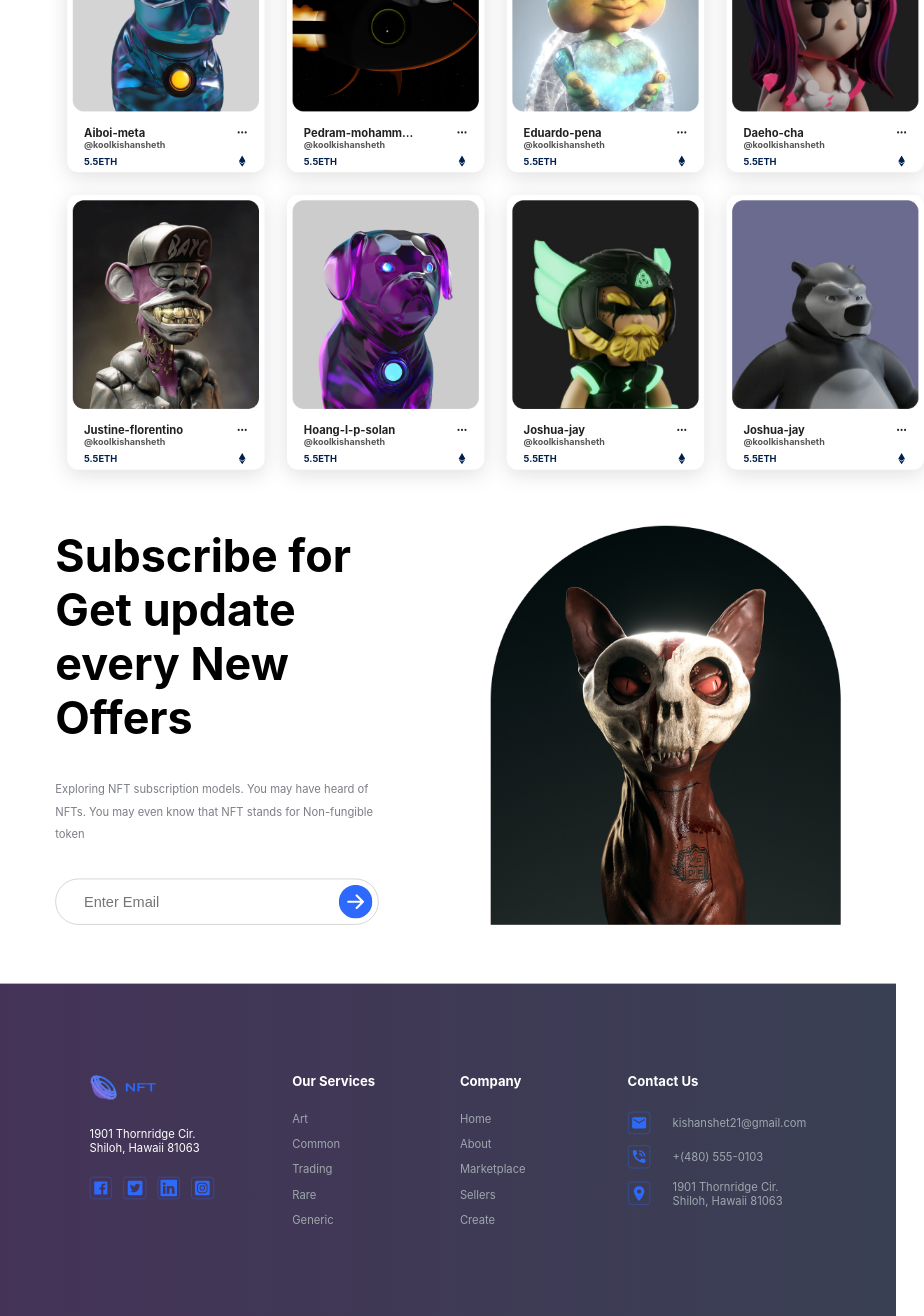
Repository: Ellisvelandia/NFT
Page: /
The author's editor kept a copy of each file at every save. The page is drawn from the files as they stood at one save, then again after a run of saves.
The browser window is 1280 px wide. The page is 1320 px wide, so the pictures cover 1320 px, including what lies to the right of the window. The pictures show the part of the page from y = 3373 to 5253 px (the page is 5253 px tall), at 70% of full size.
The project was rebuilt for these pictures with package versions that can differ from the ones it lists, and the page was loaded fresh each time.

Above is the page before, as saved 2022-08-21 16:19:12.

### src/index.css
* {
  margin: 0;
  padding: 0;
  box-sizing: border-box;
}

body {
  margin: 0;
  font-family: -apple-system, BlinkMacSystemFont, "Segoe UI", "Roboto", "Oxygen",
    "Ubuntu", "Cantarell", "Fira Sans", "Droid Sans", "Helvetica Neue",
    sans-serif;
  -webkit-font-smoothing: antialiased;
  -moz-osx-font-smoothing: grayscale;
}

html {
  scroll-behavior: smooth;
}

### src/App.js
import React from "react";
import Home from "./components/Home";
import Clients from "./components/Clients";
import CreateAndSell from "./components/CreateAndSell";
import Choose from "./components/Choose";
import MarketPlace from "./components/MarketPlace";
import Subscribe from "./components/Subscribe";
import Footer from "./components/Footer"

export default function App() {
  return (
    <div>
      <Home />
      <Clients />
      <CreateAndSell />
      <Choose />
      <MarketPlace />
      <Subscribe />
      <Footer/>
    </div>
  );
}

### src/components/Home.jsx
import React from "react";
import Navbar from "./Navbar";
import styled from "styled-components";
import hero from "../assets/hero.png";
import heroText from "../assets/heroText.png";
import Button from "./Button";

export default function Home() {
  return (
    <Section>
      <Navbar />
      <div className="ellipse"></div>
      <div className="container">
        <div className="content">
          <h1>
            Explore Our
            <span>
              <img src={heroText} alt="hero text" />
            </span>
            Hero Text Digital NFT Market Place
          </h1>
          <p>
            As the name implies, the NFT collection is basically a unique
            collection of NFTs. The concept of an NFT collection or project
            overshadows the value propositions of NFT artwork. For example, NFT
            artworks are generally created on a smaller scale with the
            involvement of concerned content creators or digital artists
          </p>
          <div className="buttons">
            <Button blue text="Explore Now" />
            <Button text="Create NFT" />
          </div>
          <div className="data">
            <div className="dataTab">
              <h2>40K</h2>
              <h5>Artwork</h5>
            </div>
            <div className="dataTab">
              <h2>15K</h2>
              <h5>Auction</h5>
            </div>
            <div className="dataTab">
              <h2>20K</h2>
              <h5>Artist</h5>
            </div>
          </div>
        </div>
        <div className="image">
          <img src={hero} alt="hero" />
        </div>
      </div>
    </Section>
  );
}

const Section = styled.section`
  margin: 0.5rem;
  background-color: #232835;
  border-radius: 1rem;
  position: relative;
  overflow: hidden;
  margin-bottom: 5rem;
  .ellipse {
    height: 30rem;
    width: 30rem;
    background-color: #ae54c27d;
    opacity: 0.5;
    border-radius: 100%;
    filter: blur(200px);
    position: absolute;
    bottom: -30%;
    left: -10%;
    z-index: 1;
  }
  .container {
    padding: 2rem;
    marign: 0 2rem;
    display: flex;
    .content {
      z-index: 10;
      display: flex;
      flex-direction: column;
      gap: 2rem;
      margin-top: 5rem;
      padding-right: 2rem;
      h1 {
        color: white;
        font-size: 5rem;
      }
      p {
        color: #a6a6a6;
      }
      .buttons {
        display: flex;
        gap: 2rem;
      }
      .data {
        display: flex;
        gap: 5rem;
        .dataTab {
          display: flex;
          flex-direction: column;
          gap: 1rem;
          h2 {
            color: white;
            font-size: 2rem;
          }
          h5 {
            text-align: center;
            color: a6a6a6;
          }
        }
      }
    }
    .image {
      img {
        height: 40rem;
      }
    }
  }
`;

### src/components/Clients.jsx
import React from "react";
import styled from "styled-components";
import client1 from "../assets/client1.png";
import client2 from "../assets/client2.png";
import client3 from "../assets/client3.png";
import client4 from "../assets/client4.png";
import client5 from "../assets/client5.png";

export default function Clients() {
  const clients = [client1, client2, client3, client4, client5];
  return (
    <Section>
      {" "}
      {clients.map((client, index) => {
        return (
          <div className="client" key={index}>
            <img src={client} alt="client" />
          </div>
        );
      })}
    </Section>
  );
}

const Section = styled.section`
  display: flex;
  justify-content: space-evenly;
  align-items: center;
  margin: 0 2rem;
  margin-bottom: 5rem;
`;

### src/components/CreateAndSell.jsx
import React from "react";
import styled from "styled-components";
import sell1 from "../assets/sell1.png";
import sell2 from "../assets/sell2.png";
import sell3 from "../assets/sell3.png";
import Button from "./Button";

export default function CreateAndSell() {
  const data = [
    {
      image: sell1,
      title: "Create your collection",
      description:
        "Lorem Ipsum is simply dummy text of the printing and typesetting industry. Lorem Ipsum has been.",
      buttonText: "Create",
    },
    {
      image: sell2,
      title: "Add your NFTs",
      description:
        "Lorem Ipsum is simply dummy text of the printing and typesetting industry. Lorem Ipsum has been.",
      buttonText: "Add NFT",
    },
    {
      image: sell3,
      title: "List them for sale",
      description:
        "Lorem Ipsum is simply dummy text of the printing and typesetting industry. Lorem Ipsum has been.",
      buttonText: "Sell Now",
    },
  ];
  return (
    <Section>
      <div className="title">
        <h2>Create and Sell Your NFTs</h2>
      </div>
      <div className="container">
        <div className="ellipse"></div>
        <div className="content">
          {data.map(({ image, title, description, buttonText }, index) => {
            return (
              <div className="createAndSell" key={index}>
                <div className="image">
                  <img src={image} alt="create and sell" />
                </div>
                <h3>{title}</h3>
                <p>{description}</p>

                <Button text={buttonText} blue={index === 1} />
              </div>
            );
          })}
        </div>
      </div>
    </Section>
  );
}

const Section = styled.section`
  margin: 0 6rem;
  margin-bottom: 5rem;
  .title {
    text-align: center;
    h2 {
      font-size: 3rem;
      margin-bottom: 4rem;
    }
  }
  .container {
    background-color: #232835;
    padding: 5rem;
    border-radius: 1rem;
    position: relative;
    overflow: hidden;
    .ellipse {
      height: 30rem;
      width: 30rem;
      background-color: #ae54c27d;
      border-radius: 100%;
      filter: blur(2000px);
      opacity: 0.5;
      position: absolute;
      bottom: -30%;
      left: -10%;
      z-index: 1;
    }
    .content {
      display: flex;
      gap: 3rem;
      .createAndSell {
        background-color: #ffffff34;
        z-index: 10;
        padding: 2rem;
        display: flex;
        flex-direction: column;
        gap: 1rem;
        border-radius: 1rem;
        .image {
          background-color: #2d69fd;
          display: flex;
          justify-content: center;
          align-items: center;
          padding: 1rem;
          width: max-content;
          border-radius: 2rem;
          img {
            height: 2rem;
          }
        }
        h3 {
          color: white;
        }
        p {
          color: #c8c4cf;
          margin-bottom: 1rem;
        }
        button {
        }
      }
    }
  }
  @media screen and (min-width: 280px) and (max-width: 1080px) {
    margin: 2rem;
    .title {
      h2 {
        font-size: 2rem;
      }
    }
    .container {
      padding: 1rem;
      .content {
        flex-direction: column;
        gap: 1rem;
      }
    }
  }
`;

### src/components/Choose.jsx
import React from "react";
import styled from "styled-components";
import choose from "../assets/choose.png";
import Button from "./Button";
export default function Choose() {
  return (
    <Section>
      <div className="image">
        <img src={choose} alt="choose" />
      </div>
      <div className="content">
        <h2>Why should you Choose Our Website ?</h2>
        <p>
          Some people invest in them because they believe that they'll hold
          value in the future, offering what they consider a safe investment
          option. Others invest in NFTs to secure digital ownership of physical
          assets and collectibles, as well as access to exclusive perks, since
          they are difficult to forge or steal.
        </p>
        <Button text="Read More" blue />
      </div>
    </Section>
  );
}

const Section = styled.section`
  display: flex;
  justify-content: center;
  align-content: center;
  margin: 0 9rem;
  gap: 3rem;
  margin-bottom: 5rem;
  .image {
  }
  .content {
    display: flex;
    justify-content: center;
    flex-direction: column;
    gap: 3rem;
    h2 {
      font-size: 4rem;
    }
    p {
      color: #7b7e86;
      line-height: 2rem;
    }
  }
  @media screen and (min-width: 280px) and (max-width: 1080px) {
    flex-direction: column;
    margin: 2rem;
    .image {
      display: flex;
      justify-content: center;
      align-items: center;
      img {
        height: 50vw;
      }
    }
    .content {
      gap: 1rem;
      h2 {
        font-size: 1rem;
      }
      p {
        line-height: 1.3rem;
        font-size: 0.9rem;
      }
    }
  }
`;

### src/components/MarketPlace.jsx
import React from "react";
import { BsThreeDots } from "react-icons/bs";
import { FaEthereum } from "react-icons/fa";

import styled from "styled-components";
import marketplace1 from "../assets/marketplace1.png";
import marketplace2 from "../assets/marketplace2.png";
import marketplace3 from "../assets/marketplace3.png";
import marketplace4 from "../assets/marketplace4.png";
import marketplace5 from "../assets/marketplace5.png";
import marketplace6 from "../assets/marketplace6.png";
import marketplace7 from "../assets/marketplace7.png";
import marketplace8 from "../assets/marketplace8.png";
import Button from "./Button";
export default function MarketPlace() {
  const marketPlaceData = [
    {
      image: marketplace1,
      name: "Aiboi-meta",
    },
    {
      image: marketplace2,
      name: "Pedram-mohamm...",
    },
    {
      image: marketplace3,
      name: "Eduardo-pena",
    },
    {
      image: marketplace4,
      name: "Daeho-cha",
    },
    {
      image: marketplace5,
      name: "Justine-florentino",
    },
    {
      image: marketplace6,
      name: "Hoang-l-p-solan",
    },
    {
      image: marketplace7,
      name: "Joshua-jay",
    },
    {
      image: marketplace8,
      name: "Joshua-jay",
    },
  ];
  const marketPlaceType = [
    "All",
    "Art",
    "Generic",
    "Common",
    "Trading",
    "Rare",
  ];
  return (
    <Section>
      <div className="title">
        <h2>NFT Marketplace</h2>
        <p>
          Lorem Ipsum is simply dummy text of the printing and typesetting
          industry. Lorem Ipsum has been the industry's standard.
        </p>
      </div>
      <div className="marketPlaceTypes">
        {marketPlaceType.map((text, index) => {
          return <Button text={text} key={index} blue={index === 0} />;
        })}
      </div>
      <div className="marketPlaces">
        {marketPlaceData.map(({ image, name }) => {
          return (
            <div className="marketplace">
              <div className="image">
                <img src={image} alt="marketplace" />
              </div>
              <div className="name">
                <h4>{name}</h4>
                <BsThreeDots />
              </div>
              <h6 className="username">@koolkishansheth</h6>
              <div className="price-container">
                <h5 className="price">5.5ETH</h5>
                <FaEthereum />
              </div>
            </div>
          );
        })}
      </div>
    </Section>
  );
}

const Section = styled.section`
  display: flex;
  flex-direction: column;
  gap: 5rem;
  margin: 0 6rem;
  margin-bottom: 5rem;
  .title {
    display: flex;
    justify-content: center;
    align-items: center;
    gap: 3rem;
    flex-direction: column;
    h2 {
      font-size: 3rem;
    }
    p {
      color: #7b7e86;
    }
  }
  .marketPlaceTypes {
    display: flex;
    justify-content: center;
    gap: 2rem;
    button:not(.blue) {
      color: black;
      border-color: #7b7e86;
    }
  }
  .marketPlaces {
    display: grid;
    grid-template-columns: repeat(4, 1fr);
    gap: 2rem;
    .marketplace {
      box-shadow: rgba(100, 100, 111, 0.2) 0px 7px 29px 0px;
      padding: 0.5rem;
      border-radius: 1rem;
      width: max-content;
      cursor: pointer;
      transition: 0.5s ease-in-out;
      &:hover {
        box-shadow: rgba(0, 0, 0, 0.25) 0px 54px 55px,
          rgba(0, 0, 0, 0.12) 0px -12px 30px, rgba(0, 0, 0, 0.12) 0px 4px 6px,
          rgba(0, 0, 0, 0.17) 0px 12px 13px, rgba(0, 0, 0, 0.09) 0px -3px 5px;
      }
      .image {
        margin-bottom: 1rem;
      }
      .name {
        display: flex;
        color: #222222;
        align-items: center;
        justify-content: space-between;
        padding: 0 1rem;
        h4 {
        }
      }
      .username {
        color: #555555;
        font-size: 0.8rem;
        padding: 0 1rem;
        margin-bottom: 0.5rem;
      }
      .price-container {
        padding: 0 1rem;
        display: flex;
        justify-content: space-between;
        color: #02204e;
      }
    }
  }
  @media screen and (min-width: 280px) and (max-width: 1080px) {
    margin: 2rem;
    .marketPlaceTypes {
      display: grid;
      grid-template-columns: repeat(auto-fit, minmax(120px, 1fr));
    }
    .marketPlaces {
      display: flex;
      flex-direction: column;
      justify-content: center;
      align-items: center;
    }
  }
`;

### src/components/Subscribe.jsx
import React from "react";
import styled from "styled-components";
import subscribe from "../assets/subscribe.png";
import { BsFillArrowRightCircleFill } from "react-icons/bs";
export default function Subscribe() {
  return (
    <Section>
      <div className="content">
        <h2>Subscribe for Get update every New Offers</h2>
        <p>
          Exploring NFT subscription models. You may have heard of NFTs. You may
          even know that NFT stands for Non-fungible token
        </p>
        <div className="input-container">
          <input type="text" placeholder="Enter Email" />
          <BsFillArrowRightCircleFill />
        </div>
      </div>
      <div className="image">
        <img src={subscribe} alt="subscribe" />
      </div>
    </Section>
  );
}

const Section = styled.section`
  display: flex;
  justify-content: center;
  align-content: center;
  margin: 0 9rem;
  gap: 10rem;
  margin-bottom: 5rem;
  .image {
    img {
    }
  }
  .content {
    display: flex;
    justify-content: center;
    flex-direction: column;
    gap: 3rem;
    /* width: 50%; */
    h2 {
      font-size: 4rem;
    }
    p {
      color: #7b7e86;
      line-height: 2rem;
    }
    .input-container {
      padding: 0.5rem;
      display: flex;
      justify-content: center;
      align-items: center;
      width: max-content;
      gap: 1rem;
      border: 1px solid #c4c4c4;
      border-radius: 3rem;
      input {
        border: none;
        &:focus {
          outline: none;
        }
        padding-left: 2rem;
        padding-right: 5rem;
        font-size: 1.3rem;
      }
      svg {
        color: #2d69fd;
        font-size: 3rem;
      }
    }
  }
  @media screen and (min-width: 280px) and (max-width: 1080px) {
    flex-direction: column;
    margin: 0 2rem;
    gap: 2rem;
    margin-bottom: 2rem;
    .image {
      display: flex;
      justify-content: center;
      align-items: center;
      img {
        height: 80vw;
      }
    }
    .content {
      gap: 1rem;
      h2 {
        font-size: 2rem;
      }
      p {
        line-height: 1.4rem;
      }
      .input-container {
        display: none;
        width: max-content;
        input {
          width: 50%;
        }
      }
    }
  }
`;

### src/components/Footer.jsx
import React from "react";
import styled from "styled-components";
import { AiFillFacebook } from "react-icons/ai";
import { BsLinkedin } from "react-icons/bs";
import { FaTwitterSquare, FaInstagramSquare } from "react-icons/fa";
import { MdEmail, MdPhoneInTalk } from "react-icons/md";
import { IoLocationSharp } from "react-icons/io5";

import logo from "../assets/logo.png";

export default function Footer() {
  const servicesLinks = ["Art", "Common", "Trading", "Rare", "Generic"];
  const companyLinks = ["Home", "About", "Marketplace", "Sellers", "Create"];
  const contactInfo = [
    {
      icon: <MdEmail />,
      value: "kishanshet21@gmail.com",
    },
    {
      icon: <MdPhoneInTalk />,
      value: "+(480) 555-0103",
    },
    {
      icon: <IoLocationSharp />,
      value: "1901 Thornridge Cir. Shiloh, Hawaii 81063",
    },
  ];
  const socialIcons = [
    <AiFillFacebook />,
    <FaTwitterSquare />,
    <BsLinkedin />,
    <FaInstagramSquare />,
  ];
  return (
    <Container>
      <div className="row">
        <div className="brand">
          <img src={logo} alt="logo" />
        </div>
        <p className="description">1901 Thornridge Cir. Shiloh, Hawaii 81063</p>
        <div className="social-icons">
          {socialIcons.map((icon) => {
            return <div className="icon">{icon}</div>;
          })}
        </div>
      </div>
      <div className="row">
        <h3>Our Services</h3>
        <ul className="list">
          {servicesLinks.map((link) => {
            return <li key={link}>{link}</li>;
          })}
        </ul>
      </div>
      <div className="row">
        <h3>Company</h3>
        <ul className="list">
          {companyLinks.map((link) => {
            return <li key={link}>{link}</li>;
          })}
        </ul>
      </div>
      <div className="row">
        <h3>Contact Us</h3>
        <ul>
          {contactInfo.map(({ icon, value }) => {
            return (
              <li>
                <div className="icon">{icon}</div>
                <span>{value}</span>
              </li>
            );
          })}
        </ul>
      </div>
    </Container>
  );
}
const Container = styled.footer`
  background: #443357;
  background: linear-gradient(to right, #443357, #394053);
  display: grid;
  grid-template-columns: repeat(4, 1fr);
  padding: 8rem;
  gap: 7rem;
  .row {
    color: #9ea7ad;
    display: flex;
    flex-direction: column;
    gap: 2rem;
    .brand {
    }
    h3 {
      color: white;
    }
    .description {
      color: white;
    }
    .social-icons {
      display: flex;
      gap: 1rem;
      .icon {
        border: 1px solid #2d68fd7f;
        padding: 0.2rem;
        display: flex;
        justify-content: center;
        align-items: center;
        border-radius: 0.3rem;
        cursor: pointer;
        svg {
          color: #2d69fd;
          font-size: 1.5rem;
        }
      }
    }
    ul {
      list-style: none;
      display: flex;
      flex-direction: column;
      gap: 1rem;
      li {
        display: flex;
        gap: 2rem;
        display: flex;
        align-items: center;
        .icon {
          border: 1px solid #2d68fd7f;
          padding: 0.2rem;
          display: flex;
          justify-content: center;
          align-items: center;
          border-radius: 0.3rem;
          cursor: pointer;
          svg {
            color: #2d69fd;
            font-size: 1.5rem;
          }
        }
      }
    }
  }
  @media screen and (min-width: 280px) and (max-width: 1080px) {
    grid-template-columns: 1fr;
    padding: 2rem;
    gap: 2rem;
  }
`;

### src/components/Navbar.jsx
import React from "react";
import styled from "styled-components";
import logo from "../assets/logo.png";
import Button from "./Button";

export default function Navbar() {
  return (
    <Nav>
      <div className="brand">
        <img src={logo} alt="logo" />
      </div>
      <div className="toggle"></div>
      <div className="links">
        <ul>
          <li>
            <a href="#">Home</a>
          </li>
          <li>
            <a href="#">Marketplace</a>
          </li>
          <li>
            <a href="#">Sellers</a>
          </li>
          <li>
            <a href="#">Create</a>
          </li>
        </ul>
      </div>
      <Button text="Contact" />
    </Nav>
  );
}

const Nav = styled.nav`
  display: flex;
  justify-content: space-between;
  align-items: center;
  margin: 0 2 rem;
  .toggle {
    display: none;
  }
  .links {
    height: 4rem;
    display: flex;
    justify-conetent: center;
    align-items: center;
    background-color: white;
    clip-path: polygon(0 0, 100% 0, 80% 100%, 20% 100%);
    padding: 2.5rem 8rem;
    ul {
      display: flex;
      list-style-type: none;
      gap: 3rem;
      li {
        a {
          color:#002000;
          text-decoration:none;
          transition:0.4s ease-in-out;
          &:hover {
            color:#2d69fd;
          }
        }
      }
    }
  }
`;

### src/components/Button.jsx
import React from "react";
import styled from "styled-components";

export default function Button({ text, blue = false }) {
  return (
    <Div>
      <button className={`${blue ? "blue" : ""}`}>{text}</button>
    </Div>
  );
}

const Div = styled.div`
  button {
    border-radius: 4rem;
    padding: 0.8rem 2rem;
    border: none;
    color: white;
    font-size: 1.1rem;
    cursor: pointer;
    :not(.blue) {
      background-color: transparent;
      border: 1px solid white;
    }
  }
  .blue {
    background-color: #2d69fd;
  }
`;

Loaded but not shown: public/index.html (common file); src/index.js (common file)

After the next 2 saves:
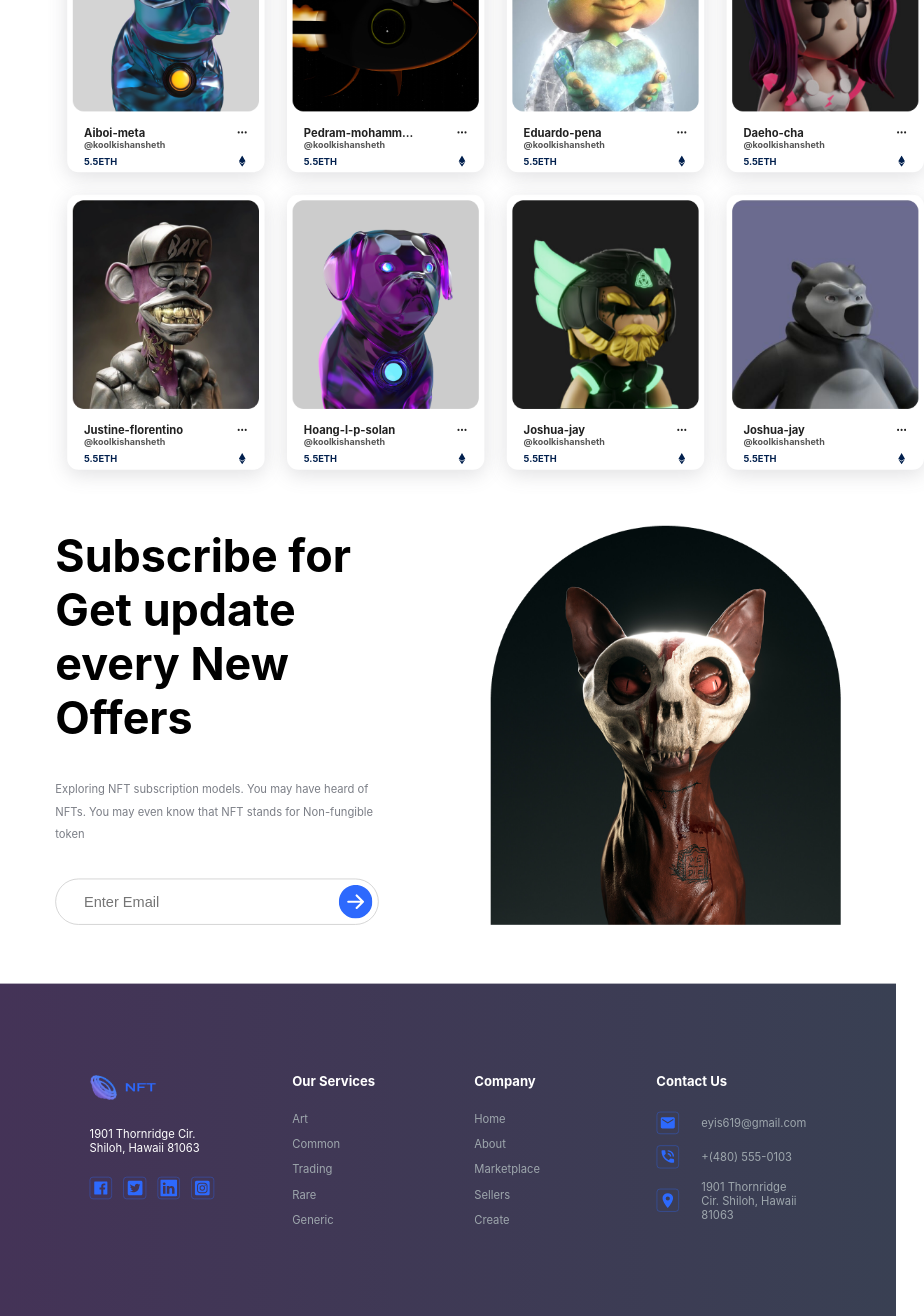
The 2 saves are shown as one change because they came seconds apart.
The last was saved 112 s later.
--- a/src/components/Footer.jsx
+++ b/src/components/Footer.jsx
@@ -14,7 +14,7 @@
   const contactInfo = [
     {
       icon: <MdEmail />,
-      value: "kishanshet21@gmail.com",
+      value: "eyis619@gmail.com",
     },
     {
       icon: <MdPhoneInTalk />,
